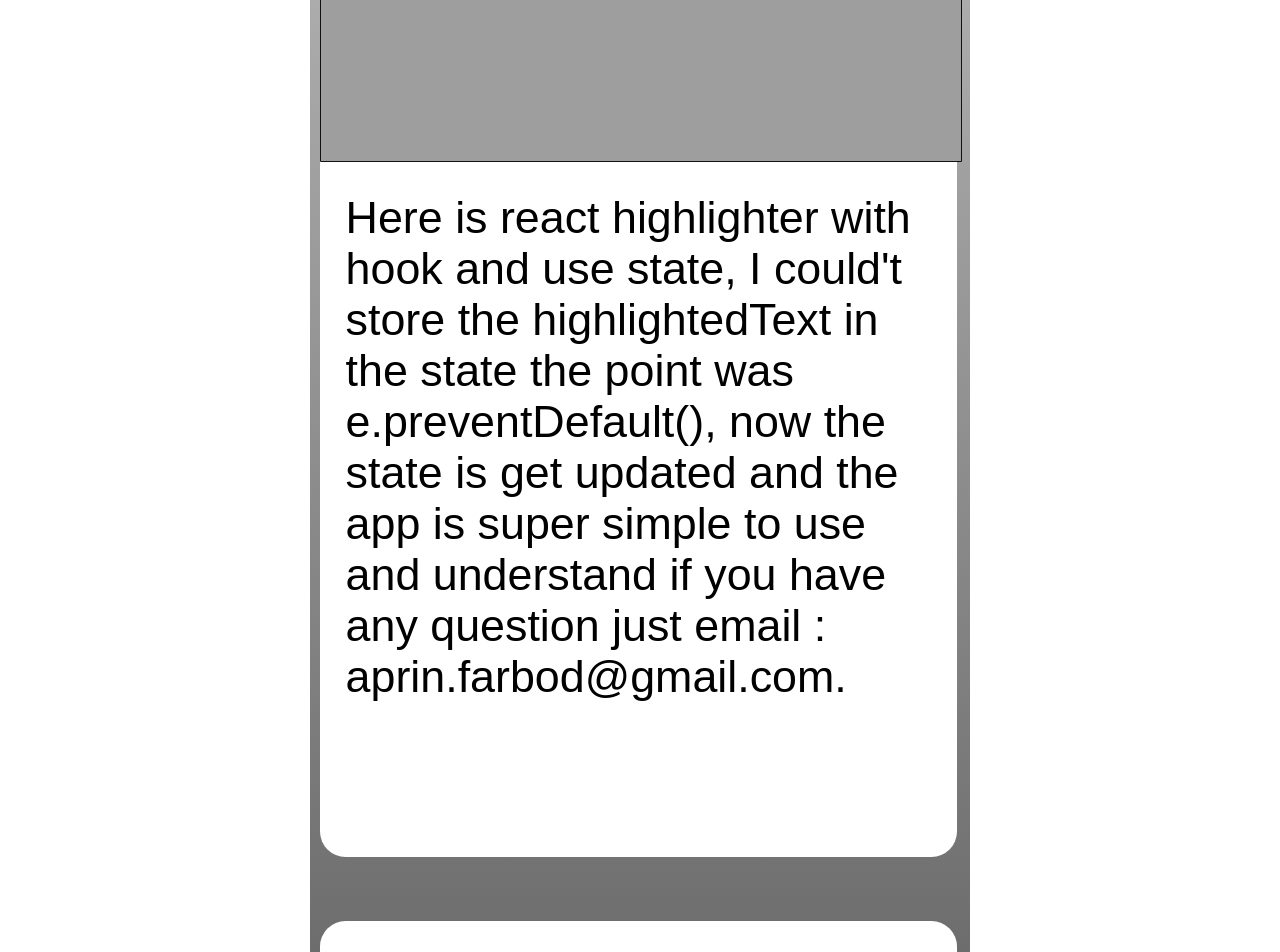
Repository: Farbod29/React-text-highlighter-with-hook-
Page: /
These files come from the project's save history. The page is drawn as it stood at one moment and after the next save; the edit follows.
The browser window is 1280 px wide. The pictures show the part of the page from y = 554 to 1506 px (the page is 2472 px tall).
Pictures or frames that could not be fetched are drawn as grey boxes. The project was rebuilt for these pictures with package versions that can differ from the ones it lists, and the page was loaded fresh each time.

Above is the page before, as saved 2022-02-21 15:06:12.

### src/App.js
import './App.css';
import Highlighter from './highlighter';
import Highlighter2 from './highlighter2';
function App() {
  return (
    <div className="App">
      <Highlighter />
      <Highlighter2 text={'text sss'} />
      {/* hello is it mee you looking for ! */}
    </div>
  );
}
// https://stackoverflow.com/questions/38810767/how-can-you-get-highlighted-text-window-getselection-in-reactjs

export default App;

### src/highlighter.js
import React, { useState } from 'react';
import './highlight.css';

//https://developer.mozilla.org/en-US/docs/Web/API/Window/getSelection
// https://medium.com/unprogrammer/a-simple-text-highlighting-component-with-react-e9f7a3c1791a

//thanks for the provider and @Saeed Rastgar my friend to assist the in the CSS part.

export default function Highlighter() {
  const [highlightedText, setHighlightedText] = useState(
    'highlighted text will be shown here!'
  );
  let extractTheText = (e) => {
    e.preventDefault();
    const selectionObj = window.getSelection && window.getSelection();
    const selection = selectionObj.toString();
    console.log('selection jadid');
    console.log(selection);
    setHighlightedText(selection);
  };
  return (
    <>
      <section className="card">
        <div>
          {
            (document.onmouseup = (e) => {
              // foo();
              console.log('dostet Daram');
              extractTheText(e);
            })
          }
          <img
            className="img-holder"
            src="https://pfrias.couragecompanion.eu/storage/m/_v2/213604778138275840/4f8b684e5-e9314a/vlyvkRQwb3ew/u8hVvH5l5IFvha9MQyXCzPOYLo2SXG3bqIpv6vBg.png"
          ></img>
          <div className="margin-top-zero txt">
            Here is react highlighter with hook and use state, I could't store
            the highlightedText in the state the point was e.preventDefault(),
            now the state is get updated and the app is super simple to use and
            understand if you have any question just email :
            aprin.farbod@gmail.com.
          </div>
          <div className="txt">{highlightedText}</div>
          <div // parent of button
          >
            <button className="btn"> Add Highlighted text </button>
          </div>
        </div>
      </section>
    </>
  );
}
//document , mouse up
// let doit = () => {
//   let sosis = (document.onmouseup = () => {
//     // console.log(window.getSelection().toString());
//     return window.getSelection().toString();
//   });
//   console.log(sosis);
//   return sosis;
// };

### src/highlighter2.js
import React, { Component } from 'react';
import PropTypes from 'prop-types';

const propTypes = {
  text: PropTypes.string.isRequired,
  customClass: PropTypes.string,
  selectionHandler: PropTypes.func,
};

/**
 * Highlighter component.
 *
 * Allows highlighting of the text selected by mouse with given custom class (or default)
 * and calls optional callback function with the following selection details:
 * - selected text
 * - selection start index
 * - selection end index
 */
export default class HighLighter2 extends Component {
  constructor(props) {
    super(props);
    this.state = {
      text: props.text,
      isDirty: false,
      selection: '',
      anchorNode: '?',
      focusNode: '?',
      selectionStart: '?',
      selectionEnd: '?',
      first: '',
      middle: '',
      last: '',
    };
    this.onMouseUpHandler = this.onMouseUpHandler.bind(this);
  }

  onMouseUpHandler(e) {
    e.preventDefault();
    const selectionObj = window.getSelection && window.getSelection();
    const selection = selectionObj.toString();
    const anchorNode = selectionObj.anchorNode;
    const focusNode = selectionObj.focusNode;
    const anchorOffset = selectionObj.anchorOffset;
    const focusOffset = selectionObj.focusOffset;
    const position = anchorNode.compareDocumentPosition(focusNode);
    let forward = false;

    if (position === anchorNode.DOCUMENT_POSITION_FOLLOWING) {
      forward = true;
    } else if (position === 0) {
      forward = focusOffset - anchorOffset > 0;
    }

    let selectionStart = forward ? anchorOffset : focusOffset;

    if (forward) {
      if (
        anchorNode.parentNode.getAttribute('data-order') &&
        anchorNode.parentNode.getAttribute('data-order') === 'middle'
      ) {
        selectionStart += this.state.selectionStart;
      }
      if (
        anchorNode.parentNode.getAttribute('data-order') &&
        anchorNode.parentNode.getAttribute('data-order') === 'last'
      ) {
        selectionStart += this.state.selectionEnd;
      }
    } else {
      if (
        focusNode.parentNode.getAttribute('data-order') &&
        focusNode.parentNode.getAttribute('data-order') === 'middle'
      ) {
        selectionStart += this.state.selectionStart;
      }
      if (
        focusNode.parentNode.getAttribute('data-order') &&
        focusNode.parentNode.getAttribute('data-order') === 'last'
      ) {
        selectionStart += this.state.selectionEnd;
      }
    }

    const selectionEnd = selectionStart + selection.length;
    console.log(selectionEnd);
    const first = this.state.text.slice(0, selectionStart);
    const middle = this.state.text.slice(selectionStart, selectionEnd);
    console.log(middle);
    const last = this.state.text.slice(selectionEnd);

    this.setState({
      selection,
      anchorNode,
      focusNode,
      selectionStart,
      selectionEnd,
      first,
      middle,
      last,
    });

    if (this.props.selectionHandler) {
      this.props.selectionHandler({
        selection,
        selectionStart,
        selectionEnd,
      });
    }
  }

  render() {
    if (!this.state.selection) {
      return <div onMouseUp={this.onMouseUpHandler}>{this.state.text}</div>;
    } else {
      return (
        <div onMouseUp={this.onMouseUpHandler}>
          <div data-order="first">{this.state.first}</div>
          <div
            data-order="middle"
            className={this.props.customClass || 'default'}
          >
            {this.state.middle}
          </div>
          <div data-order="last">{this.state.last}</div>
        </div>
      );
    }
  }
}

HighLighter2.propTypes = propTypes;

### src/highlight.css
.card {
  margin: 5vw auto;
  width: 50%;
  padding: 10px;
  border-radius: 5px;
  height: 180vw;
  background: linear-gradient(#ccc, #333);
}

.img-holder {
  height: 50vw;
  width: 49.5vw;
  border: 1px solid #111;
  border-top-left-radius: 2vw;
  border-top-right-radius: 2vw;
}

.txt {
  background-color: white;
  color: black;
  margin-bottom: 5vw;
  height: 50vw;
  width: 45.9vw;
  padding: 2vw;
  font-size: 3.5vw;
  font-family: sans-serif;
  text-align: left;
  border-radius: 2vw;
}

.margin-top-zero {
  margin-top: -3vw;
  padding-top: 5vw;
  border-top-radius: 0px;
}

.btn {
  padding: 5px;
  width: 47.5vw;
  font-size: 4vw;
  border-radius: 2vw;
}

farbod jan in css dovomi ro paste kon .card {
  margin: 5vw auto;
  width: 50%;
  padding: 10px;
  border-radius: 5px;
  height: 180vw;
  background: linear-gradient(#ccc, #333);
}

.img-holder {
  height: 50vw;
  width: 50vw;
  border-top-left-radius: 2vw;
  border-top-right-radius: 2vw;
}

.txt {
  background-color: white;
  color: black;
  margin-bottom: 5vw;
  height: 50vw;
  width: 45.8vw;
  padding: 2vw;
  font-size: 3.5vw;
  font-family: sans-serif;
  text-align: left;
  border-radius: 2vw;
}

.margin-top-zero {
  margin-top: -3vw;
  padding-top: 5vw;
  border-top-radius: 0px;
}

.btn {
  padding: 5px;
  width: 47.5vw;
  font-size: 4vw;
  border-radius: 2vw;
}

Loaded but not shown: public/index.html (common file); src/index.js (common file); src/index.css (common file); src/reportWebVitals.js (common file); src/App.css (common file)

After the next save:
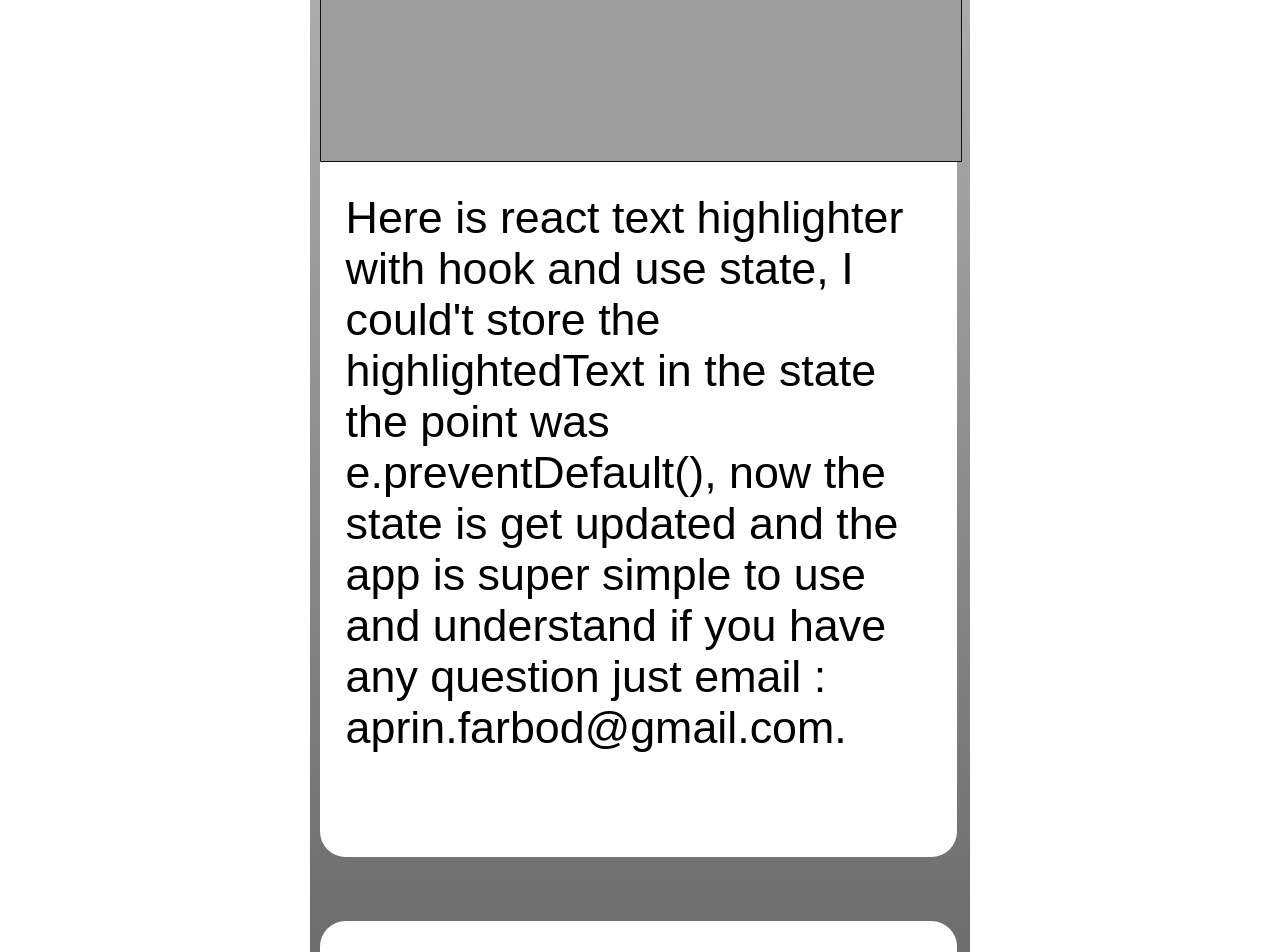
Saved 62 s later.
--- a/src/highlighter.js
+++ b/src/highlighter.js
@@ -34,11 +34,11 @@ export default function Highlighter() {
             src="https://pfrias.couragecompanion.eu/storage/m/_v2/213604778138275840/4f8b684e5-e9314a/vlyvkRQwb3ew/u8hVvH5l5IFvha9MQyXCzPOYLo2SXG3bqIpv6vBg.png"
           ></img>
           <div className="margin-top-zero txt">
-            Here is react highlighter with hook and use state, I could't store
-            the highlightedText in the state the point was e.preventDefault(),
-            now the state is get updated and the app is super simple to use and
-            understand if you have any question just email :
-            aprin.farbod@gmail.com.
+            Here is react text highlighter with hook and use state, I could't
+            store the highlightedText in the state the point was
+            e.preventDefault(), now the state is get updated and the app is
+            super simple to use and understand if you have any question just
+            email : aprin.farbod@gmail.com.
           </div>
           <div className="txt">{highlightedText}</div>
           <div // parent of button
